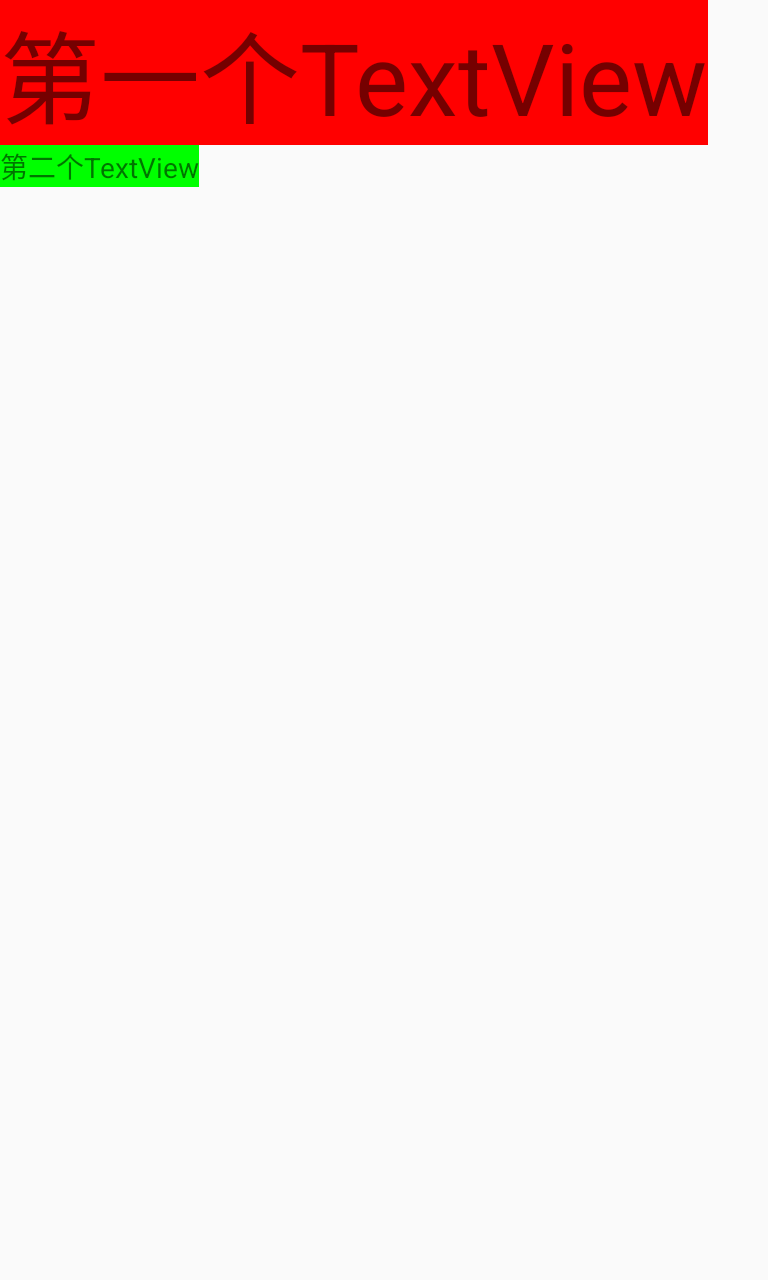
Repository: anqiongdy/androidworkspace
Layout: Layout/res/layout/first_layout.xml
The author's editor kept a copy of each file at every save. The layout is drawn from the files as they stood at one save, then again after the next save.
It is drawn on a 768 x 1280 px phone screen (xhdpi) without system bars, with theme AppTheme; the app's code is not run.

Above is the layout before, as saved 2014-05-03 13:49:56.

After the next save:
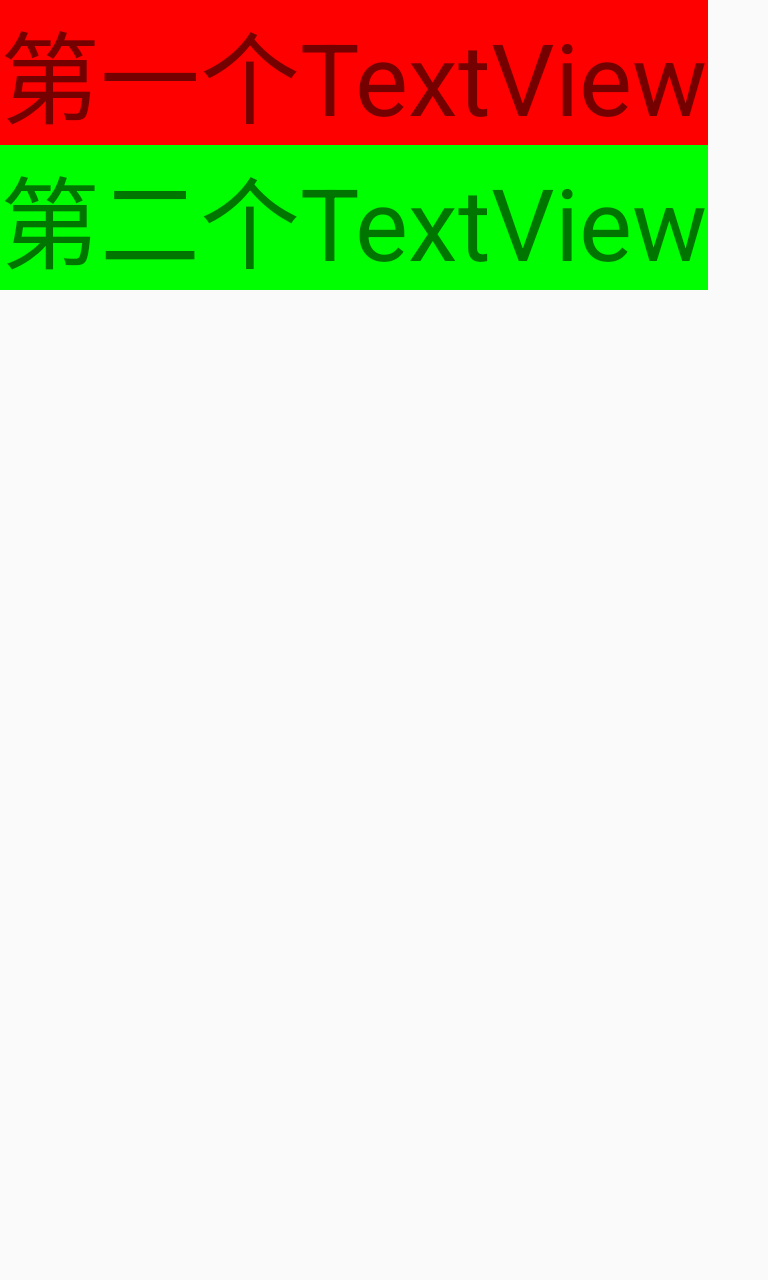
Saved 16 s later.
--- a/Layout/res/layout/first_layout.xml
+++ b/Layout/res/layout/first_layout.xml
@@ -14,6 +14,7 @@
         android:layout_width="wrap_content"
         android:layout_height="wrap_content"
         android:background="#00FF00"
+        android:textSize="50sp"
         android:text="第二个TextView"/>
 
 </LinearLayout>
